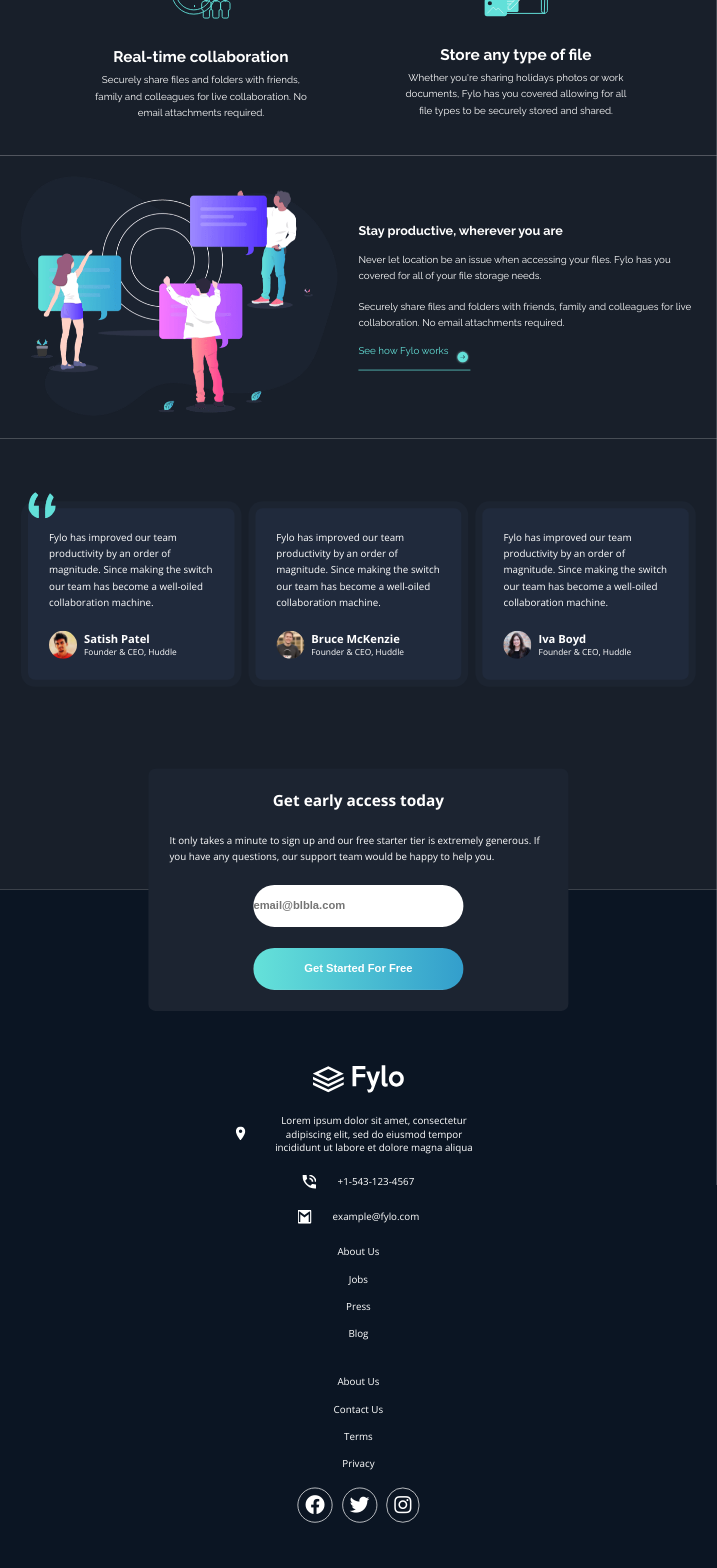
Repository: tomas938/fylo-dark-theme-landing-page-master
Page: index.html
These files come from the project's save history. The page is drawn as it stood at one moment and after the next save; the edit follows.
The browser window is 1024 px wide. The pictures show the part of the page from y = 1213 to 3453 px (the page is 3453 px tall), at 70% of full size.
Some web libraries are served in a nearby version. The style sheet was rebuilt from its Sass, Less or Tailwind sources for each picture, by a compiler version that may differ from the author's.

Above is the page before, as saved 2021-08-05 20:11:43.

After the next save:
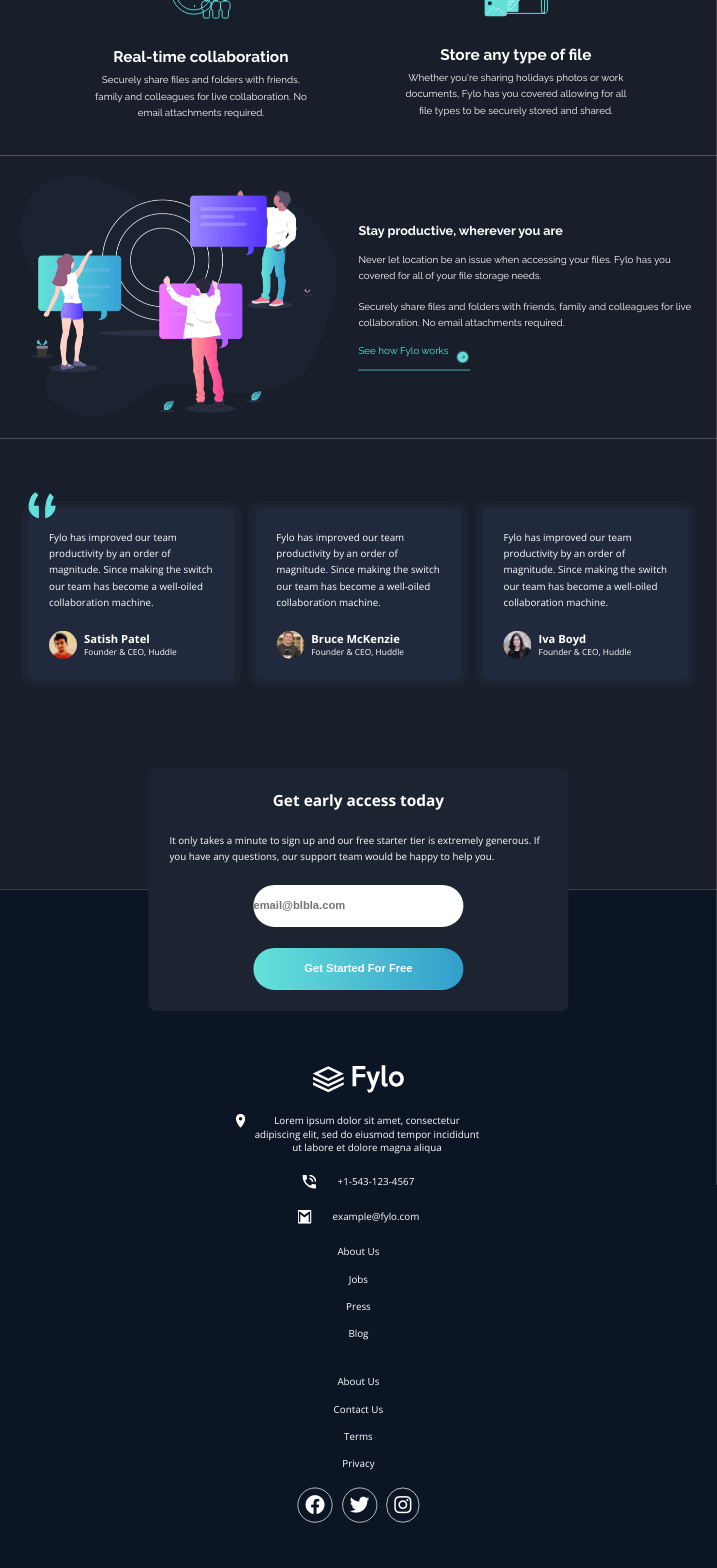
Saved 8 s later.
--- a/scss/_partials/_footer.scss
+++ b/scss/_partials/_footer.scss
@@ -142,7 +142,7 @@
 		margin-bottom: 3rem;
 	}
 	@media only screen and (max-width: 1100px) {
-		align-items: center;
+		grid-gap: 1rem;
 	}
 }
 a {
